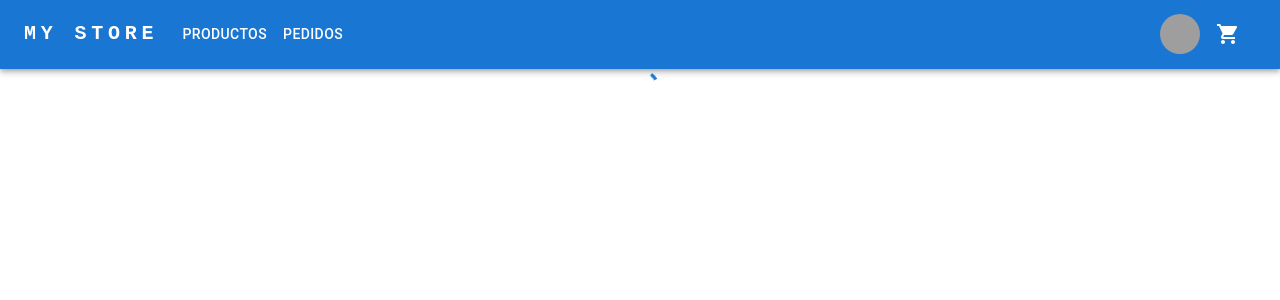
Repository: DanielBorussia/front-my-store
Page: /
An editor plug-in stored every save of this project. The page is shown before and after the next save, followed by the edit.
The browser window is 1280 px wide. The pictures show the whole page.
Pictures or frames that could not be fetched are drawn as grey boxes. The page's requests for data from a server got no answer. The project was rebuilt for these pictures with package versions that can differ from the ones it lists, and the page was loaded fresh each time. No one was signed in, and anything a server would have sent is missing. Also part of the build but not shown: src/components/ProductItem.js.

Above is the page before, as saved 2023-07-01 02:04:16.

### src/index.js
import React from 'react';
import ReactDOM from 'react-dom/client';
import './index.css';
import App from './routes/App';
import reportWebVitals from './reportWebVitals';

const root = ReactDOM.createRoot(document.getElementById('root'));
root.render(
  <React.StrictMode>
    <App />
  </React.StrictMode>
);

// If you want to start measuring performance in your app, pass a function
// to log results (for example: reportWebVitals(console.log))
// or send to an analytics endpoint. Learn more: https://bit.ly/CRA-vitals
reportWebVitals();

### src/index.css
body {
  margin: 0;
  -webkit-font-smoothing: antialiased;
  -moz-osx-font-smoothing: grayscale;
}

code {
  font-family: source-code-pro, Menlo, Monaco, Consolas, "Courier New",
    monospace;
}

### src/routes/App.js
import React from 'react';
import { BrowserRouter, Routes, Route } from 'react-router-dom';
import useInitialState from '../hooks/useInitialState';
import AppContext from '../context/AppContext';
import Layout from '../containers/Layout';
import Home from '../pages/Home';

const App = () => {
    const initialState = useInitialState();
    return (
        //encapsular la aplicacion para compartir la informacion
        <AppContext.Provider value={initialState}>
        <BrowserRouter>
            <Layout>
            <Routes>
                <Route exact path="/" element={<Home/>} />
            </Routes>
            </Layout>
        </BrowserRouter>
        </AppContext.Provider>

    );
}

export default App;

### src/hooks/useInitialState.js
import { useState } from 'react';

const initialState = {
    cart: [],
}

const useInitialState = () => {
    const [state, setState] = useState(initialState);

    const addToCart = (payload) => {
        setState({
            ...state,
            cart: [...state.cart, payload]
        });
    };

    const removeFromCart = (payload) => {
        setState({
            ...state,
            cart: state.cart.filter(item => item.id != payload.id),
        })
    }

    return {
        state,
        addToCart,
        removeFromCart
    }
}

export default useInitialState;

### src/containers/Layout.js
import React from 'react';
import Header from '../components/Header';

const Layout = ({ children }) => {
	return (
		<div className="Layout">
			<Header />
			{children}
		</div>
	);
}

export default Layout;

### src/pages/Home.js
import React from 'react';
import ProductList from '../containers/ProductList';

const Home = () => {
	return (
		<>
			<ProductList/>
		</>
	);
}

export default Home;

### src/components/Header.js
import React from 'react';
// UI
import AppBar from '@mui/material/AppBar';
import Box from '@mui/material/Box';
import Toolbar from '@mui/material/Toolbar';
import IconButton from '@mui/material/IconButton';
import Typography from '@mui/material/Typography';
import Menu from '@mui/material/Menu';
import MenuIcon from '@mui/icons-material/Menu';
import Container from '@mui/material/Container';
import Avatar from '@mui/material/Avatar';
import Button from '@mui/material/Button';
import Tooltip from '@mui/material/Tooltip';
import MenuItem from '@mui/material/MenuItem';
import AdbIcon from '@mui/icons-material/Adb';
import ShoppingCartIcon from '@mui/icons-material/ShoppingCart';

const pages = ['Productos', 'Pedidos'];
const settings = ['Perfil', 'Mis Pedidos', 'Salir'];

const Header = () => {

    const [anchorElNav, setAnchorElNav] = React.useState(null);
    const [anchorElUser, setAnchorElUser] = React.useState(null);

    const handleOpenNavMenu = (event) => {
        setAnchorElNav(event.currentTarget);
    };

    const handleOpenUserMenu = (event) => {
        setAnchorElUser(event.currentTarget);
    };

    const handleCloseNavMenu = () => {
        setAnchorElNav(null);
    };

    const handleCloseUserMenu = () => {
        setAnchorElUser(null);
    };

    return (
    <AppBar position="static">
      <Container maxWidth="xl">
        <Toolbar disableGutters>
          <Typography
            variant="h6"
            noWrap
            component="a"
            href="/"
            sx={{
              mr: 2,
              display: { xs: 'none', md: 'flex' },
              fontFamily: 'monospace',
              fontWeight: 700,
              letterSpacing: '.3rem',
              color: 'inherit',
              textDecoration: 'none',
            }}
          >
            MY STORE
          </Typography>

          <Box sx={{ flexGrow: 1, display: { xs: 'flex', md: 'none' } }}>
            <IconButton
              size="large"
              aria-label="account of current user"
              aria-controls="menu-appbar"
              aria-haspopup="true"
              onClick={handleOpenNavMenu}
              color="inherit"
            >
              <MenuIcon />
            </IconButton>
            <Menu
              id="menu-appbar"
              anchorEl={anchorElNav}
              anchorOrigin={{
                vertical: 'bottom',
                horizontal: 'left',
              }}
              keepMounted
              transformOrigin={{
                vertical: 'top',
                horizontal: 'left',
              }}
              open={Boolean(anchorElNav)}
              onClose={handleCloseNavMenu}
              sx={{
                display: { xs: 'block', md: 'none' },
              }}
            >
              {pages.map((page) => (
                <MenuItem key={page} onClick={handleCloseNavMenu}>
                  <Typography textAlign="center">{page}</Typography>
                </MenuItem>
              ))}
            </Menu>
          </Box>
          <AdbIcon sx={{ display: { xs: 'flex', md: 'none' }, mr: 1 }} />


          <Typography
            variant="h5"
            noWrap
            component="a"
            href=""
            sx={{
              mr: 2,
              display: { xs: 'flex', md: 'none' },
              flexGrow: 1,
              fontFamily: 'monospace',
              fontWeight: 700,
              letterSpacing: '.3rem',
              color: 'inherit',
              textDecoration: 'none',
            }}
          >
            MY STORE
          </Typography>
          <Box sx={{ flexGrow: 1, display: { xs: 'none', md: 'flex' } }}>
            {pages.map((page) => (
              <Button
                key={page}
                onClick={handleCloseNavMenu}
                sx={{ my: 2, color: 'white', display: 'block' }}
              >
                {page}
              </Button>
            ))}
          </Box>

          <Box sx={{ flexGrow: 0 }}>
            <Tooltip title="Open settings">
              <IconButton onClick={handleOpenUserMenu} sx={{ p: 0 }}>
                <Avatar alt="Remy Sharp" src="/static/images/avatar/2.jpg" />
              </IconButton>
            </Tooltip>
            <Menu
              sx={{ mt: '45px' }}
              id="menu-appbar"
              anchorEl={anchorElUser}
              anchorOrigin={{
                vertical: 'top',
                horizontal: 'right',
              }}
              keepMounted
              transformOrigin={{
                vertical: 'top',
                horizontal: 'right',
              }}
              open={Boolean(anchorElUser)}
              onClose={handleCloseUserMenu}
            >
              {settings.map((setting) => (
                <MenuItem key={setting} onClick={handleCloseUserMenu}>
                  <Typography textAlign="center">{setting}</Typography>
                </MenuItem>
              ))}
            </Menu>
          </Box>
          <Box sx={{ margin: 2 }}>
            <Tooltip title="Car">
              <IconButton color="inherit" sx={{ p: 0 }}>
               <ShoppingCartIcon />
              </IconButton>
            </Tooltip>
          </Box>
        </Toolbar>
      </Container>
    </AppBar>
  );
}

export default Header;

### src/containers/ProductList.js
import React from 'react';
import ProductItem from '../components/ProductItem';
//use Hooks
import useGetProducts from '../hooks/useGetProducts';

// styles component
import './../styles/ProductList.scss';
import Loading from '../shared/Loading';

//UI
import Box from '@mui/material/Box';

const ProductList = () => {
    const { loading , products } = useGetProducts();
	return (
		<section className="main__container">
            {loading ? (
               <Loading />
              ) : (
                <Box className="productList">
                    {products.map(product => (
                        <ProductItem product={product} key={product.id} />
                    ))}
                </Box>
            )}
		</section>
	);
}

export default ProductList;

### src/hooks/useGetProducts.js
import { useEffect, useState } from 'react';
import axios from 'axios';
const API = 'https://api.escuelajs.co/api/v1/products';
const useGetProducts = () => {
    const [products, setProducts] = useState([]);
    const [loading, setLoading] = useState(false);

    const getData = async () => {
        setLoading(true);
        const response = await axios(API);
        setLoading(false);
		setProducts(response.data);
    }
	useEffect(() => {
		getData();
	}, []);

    return { loading, products };
};

export default useGetProducts;

### src/styles/ProductList.scss
@import 'vars';

.productList {
	display: grid;
	grid-template-columns: repeat(auto-fill, 240px);
	gap: 26px;
	place-content: center;
	margin: 3em 0 0 0;
}

@media (max-width: 640px) {
	.productList {
		grid-template-columns: repeat(auto-fill, 140px);
	}
}

### src/shared/Loading.js
import React from "react";

//UI
import Box from '@mui/material/Box';
import { CircularProgress } from '@mui/material';

const Loading = ({ size = 40, color = "primary" }) => {
  return (
    <Box display="flex" alignItems="center" justifyContent="center">
      <CircularProgress color={color} size={size} />
    </Box>
  );
};

export default Loading;

### src/styles/ProductItem.scss
@import 'vars';

.productItem {
	width: 240px;
}
.productItem img {
	width: 240px;
	height: 240px;
	border-radius: 20px;
	object-fit: cover;
	cursor: pointer;
}
.productItem__info {
	cursor: pointer;
	display: flex;
	justify-content: space-between;
	align-items: center;
	margin-top: 12px;
}
.productItem__info figure {
	margin: 0;
}
.productItem__info figure img {
	width: 35px;
	height: 35px;
}
.productItem__info div p:nth-child(1) {
	font-weight: bold;
	font-size: var(--md);
	margin-top: 0;
	margin-bottom: 4px;
}
.productItem__info div p:nth-child(2) {
	font-size: var(--sm);
	margin-top: 0;
	margin-bottom: 0;
	color: var(--very-light-pink);
}
@media (max-width: 640px) {
	.cards-container {
		grid-template-columns: repeat(auto-fill, 140px);
	}
	.ProductItem {
		width: 140px;
	}
	.ProductItem img {
		width: 140px;
		height: 140px;
	}
}

### src/styles/_vars.scss
:root {
	--white: #FFFFFF;
	--black: #000000;
	--very-light-pink: #C7C7C7;
	--text-input-field: #F7F7F7;
	--hospital-green: #ACD9B2;
	--sm: 14px;
	--md: 16px;
	--lg: 18px;
}

Loaded but not shown: public/index.html (common file); src/reportWebVitals.js (common file); src/context/AppContext.js (common file)

After the next save:
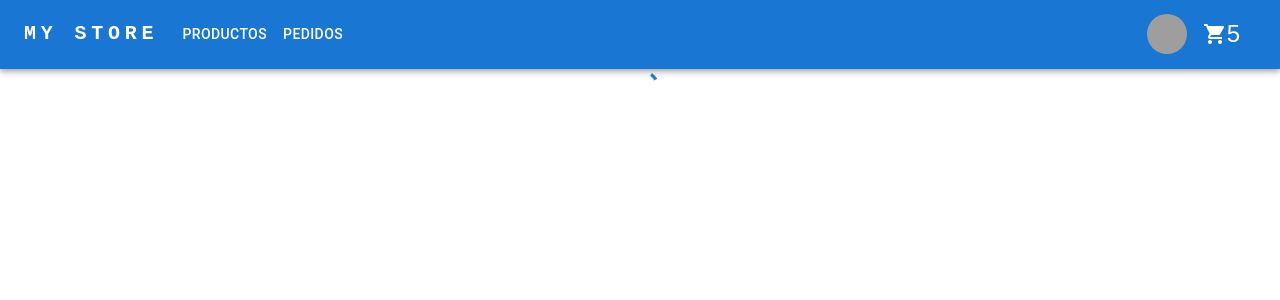
Saved 19 s later.
--- a/src/components/Header.js
+++ b/src/components/Header.js
@@ -163,6 +163,7 @@
             <Tooltip title="Car">
               <IconButton color="inherit" sx={{ p: 0 }}>
                <ShoppingCartIcon />
+               5
               </IconButton>
             </Tooltip>
           </Box>

After the save that followed:
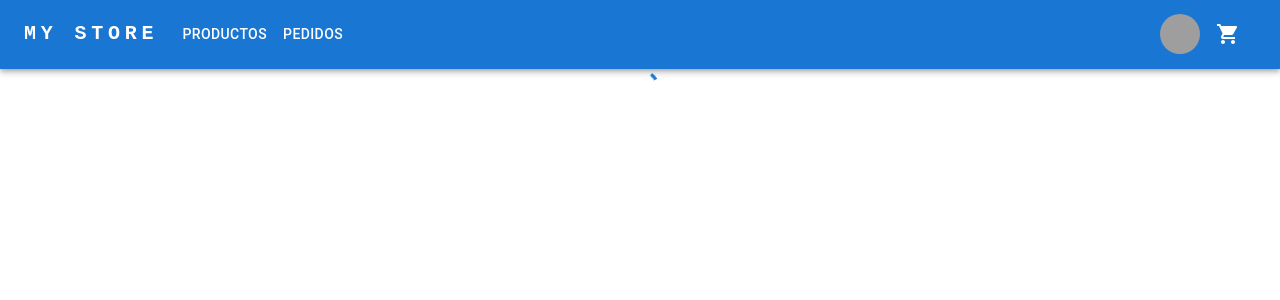
Saved 42 s later.
--- a/src/components/Header.js
+++ b/src/components/Header.js
@@ -1,4 +1,4 @@
-import React from 'react';
+import React, { useContext } from 'react';
 // UI
 import AppBar from '@mui/material/AppBar';
 import Box from '@mui/material/Box';
@@ -14,12 +14,13 @@
 import MenuItem from '@mui/material/MenuItem';
 import AdbIcon from '@mui/icons-material/Adb';
 import ShoppingCartIcon from '@mui/icons-material/ShoppingCart';
+import AppContext from '../context/AppContext';
 
 const pages = ['Productos', 'Pedidos'];
 const settings = ['Perfil', 'Mis Pedidos', 'Salir'];
 
 const Header = () => {
-
+    const { state } = useContext(AppContext);
     const [anchorElNav, setAnchorElNav] = React.useState(null);
     const [anchorElUser, setAnchorElUser] = React.useState(null);
 
@@ -163,7 +164,7 @@
             <Tooltip title="Car">
               <IconButton color="inherit" sx={{ p: 0 }}>
                <ShoppingCartIcon />
-               5
+               {state.cart.length > 0 ? <div>{state.cart.length}</div>  : null}
               </IconButton>
             </Tooltip>
           </Box>
